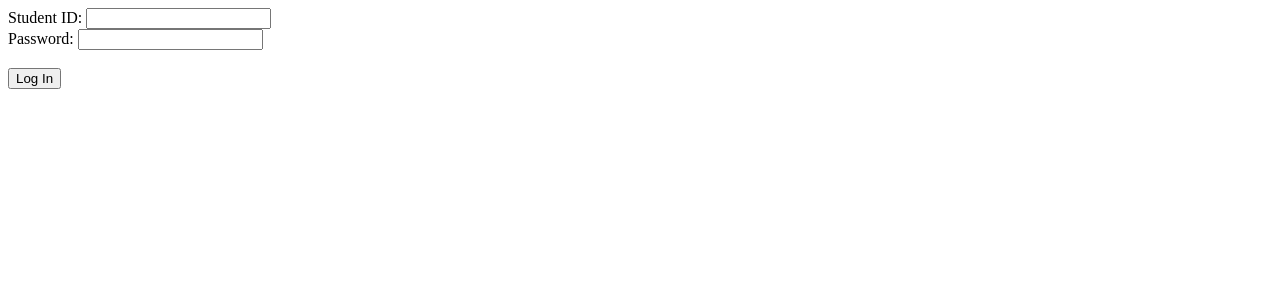
Repository: weshayutin/java258Online
Page: http://localhost/Week5Assignment/login.jsp
An editor plug-in stored every save of this project. The page is shown before and after the next save, followed by the edit.
The browser window is 1280 px wide. The pictures show the whole page.
The page is served by Tomcat 9. Other server files are loaded and not shown.

Above is the page before, as saved 2011-02-09 02:19:08.

### workspace/Week5Assignment/WebContent/login.jsp
<%@ page language="java" contentType="text/html; charset=UTF-8"
    pageEncoding="UTF-8"%>
<!DOCTYPE html PUBLIC "-//W3C//DTD HTML 4.01 Transitional//EN" "http://www.w3.org/TR/html4/loose.dtd">
<html>
<head>
<meta http-equiv="Content-Type" content="text/html; charset=UTF-8">
<title>Login Heree</title>
</head>
<body>
<form action="login.do" method="POST">
	Student ID: <input type="text" name="name"/><br>
	Password: <input type="password" name="password"/><br/><br/>

	 <input type="SUBMIT" value="Log In"/>

</body>
</html>

After the next save:
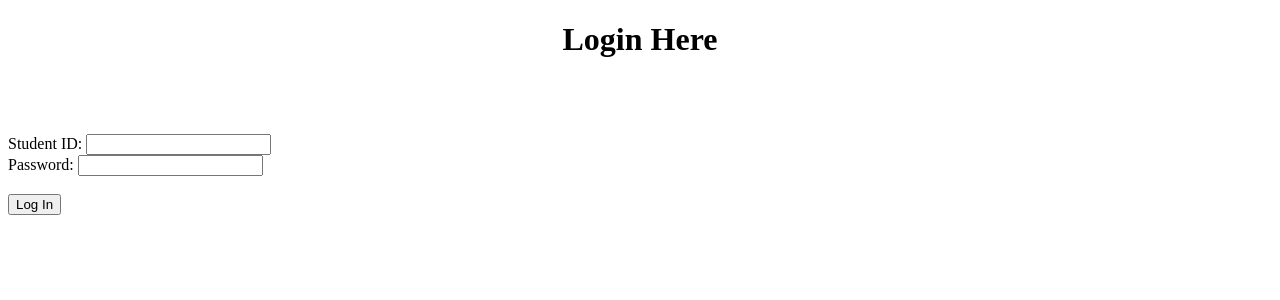
Saved 82 s later.
--- a/workspace/Week5Assignment/WebContent/login.jsp
+++ b/workspace/Week5Assignment/WebContent/login.jsp
@@ -4,9 +4,11 @@
 <html>
 <head>
 <meta http-equiv="Content-Type" content="text/html; charset=UTF-8">
-<title>Login Heree</title>
+<title>Login Here</title>
 </head>
 <body>
+<h1 align="center">Login Here</h1>
+<br><br><br>
 <form action="login.do" method="POST">
 	Student ID: <input type="text" name="name"/><br>
 	Password: <input type="password" name="password"/><br/><br/>

After the save that followed:
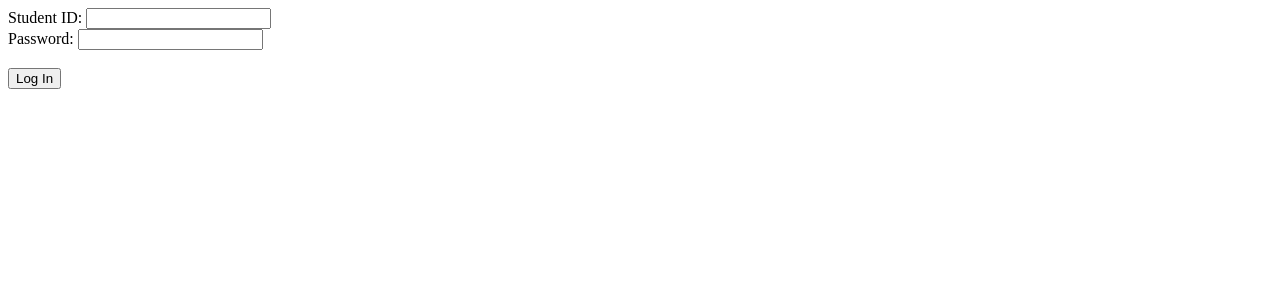
Saved 28 s later.
--- a/workspace/Week5Assignment/WebContent/login.jsp
+++ b/workspace/Week5Assignment/WebContent/login.jsp
@@ -4,12 +4,10 @@
 <html>
 <head>
 <meta http-equiv="Content-Type" content="text/html; charset=UTF-8">
-<title>Login Here</title>
+<title>Login Heree</title>
 </head>
 <body>
-<h1 align="center">Login Here</h1>
-<br><br><br>
-<form action="login.do" method="POST">
+<form action="ValidateUser.do" method="POST">
 	Student ID: <input type="text" name="name"/><br>
 	Password: <input type="password" name="password"/><br/><br/>
 
